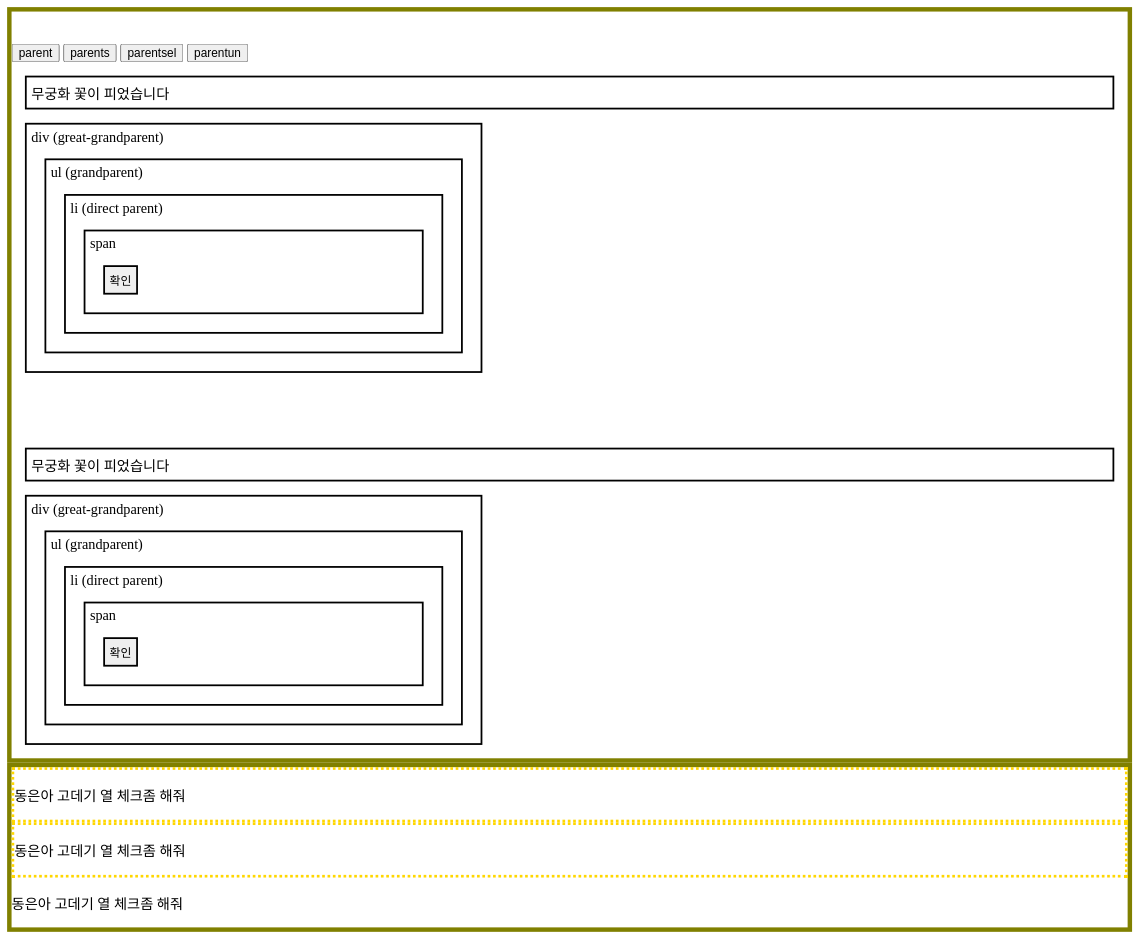
Repository: JJaeHwan/HTML
Page: jquerypro/WebContent/0113/찾기메소드2.html
An editor plug-in stored every save of this project. The page is shown before and after the next save, followed by the edit.
The browser window is 1280 px wide. The pictures show the whole page, at 89% of full size.

Above is the page before, as saved 2023-01-13 08:28:12.

After the next save:
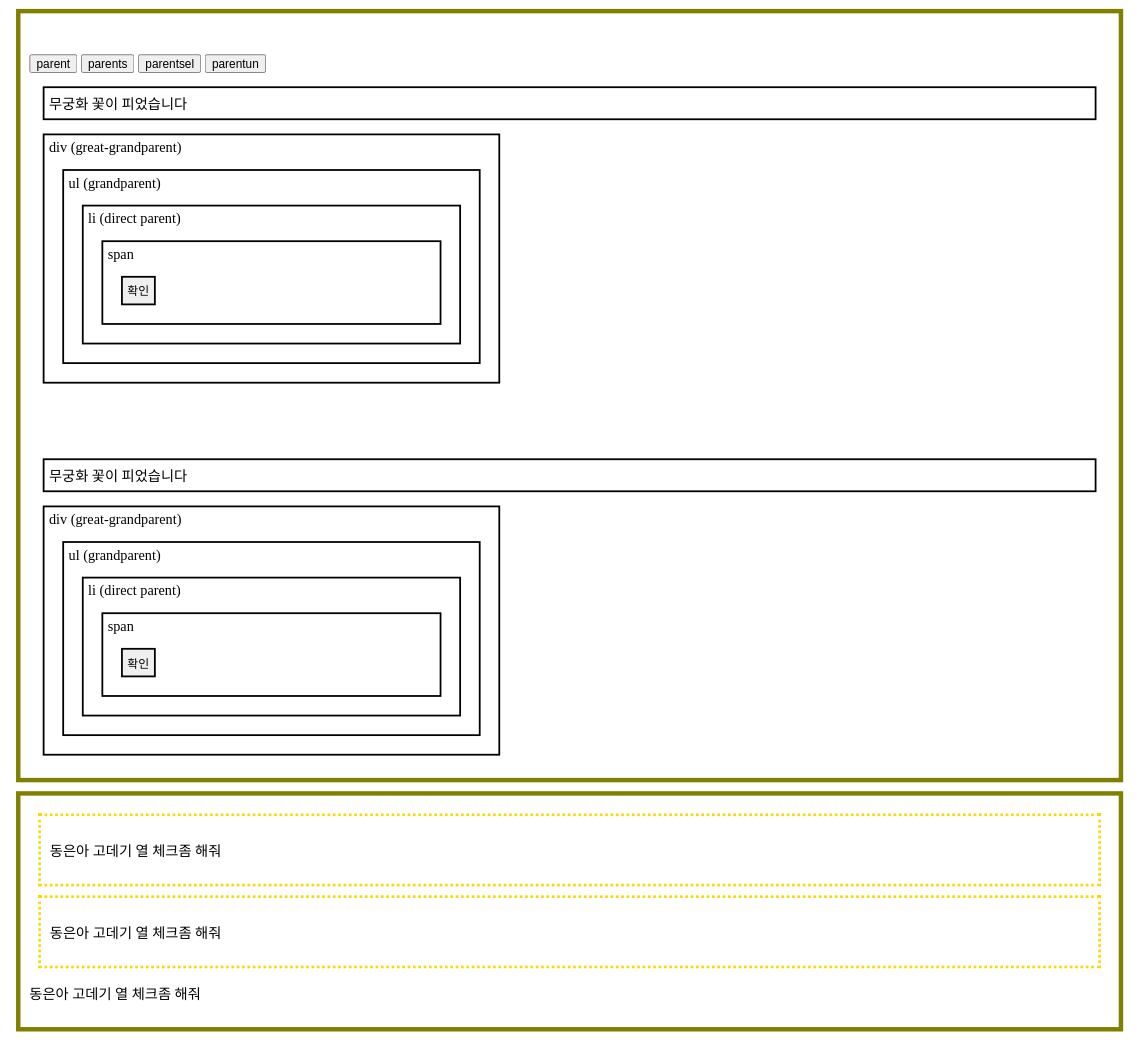
Saved 43 s later.
--- a/jquerypro/WebContent/0113/찾기메소드2.html
+++ b/jquerypro/WebContent/0113/찾기메소드2.html
@@ -83,10 +83,14 @@ $(function () {
 }
 .cd{
 	border : 3px dotted gold;
+	margin: 10px;
+	padding: 10px;
 }
 
 .box{
 	border: 5px solid olive;
+	margin: 10px;
+	padding: 10px;
 }
 </style>
 </head>
